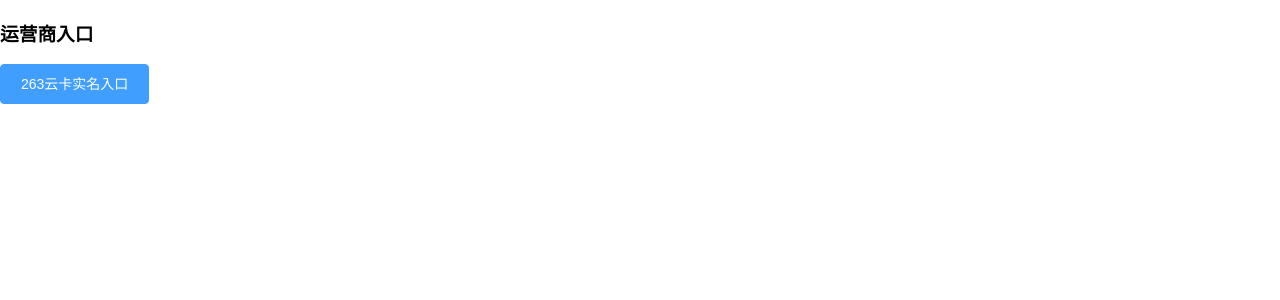
Repository: cmlsir1024/index-test
Page: index.html
The author's editor kept a copy of each file at every save. The page is drawn from the files as they stood at one save, then again after the next save.
The browser window is 1280 px wide. The pictures show the whole page.

Above is the page before, as saved 2023-10-11 11:56:53.

After the next save:
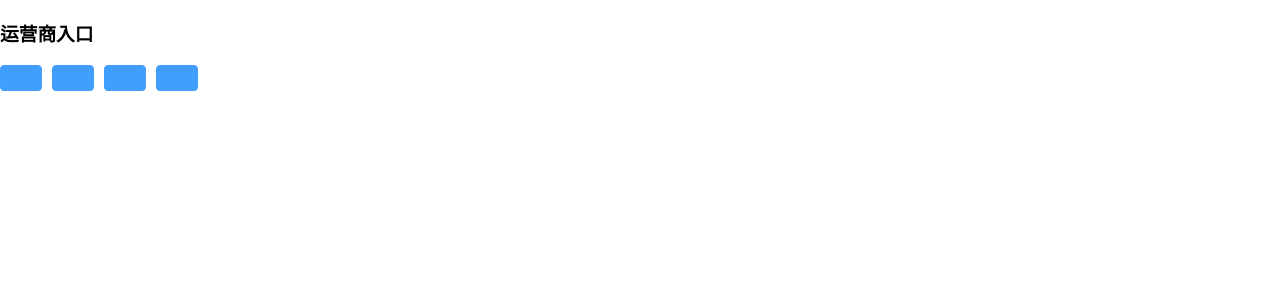
Saved 39 s later.
--- a/index.html
+++ b/index.html
@@ -98,8 +98,12 @@
     <div id="app">
       <h3>运营商入口</h3>
       <div class="box">
-        <el-button @click="handleInfo('1')" type="primary">
-          263云卡实名入口
+        <el-button
+          v-for="item in dataList"
+          @click="handleInfo('1')"
+          type="primary"
+        >
+          {{name}}
         </el-button>
       </div>
     </div>
